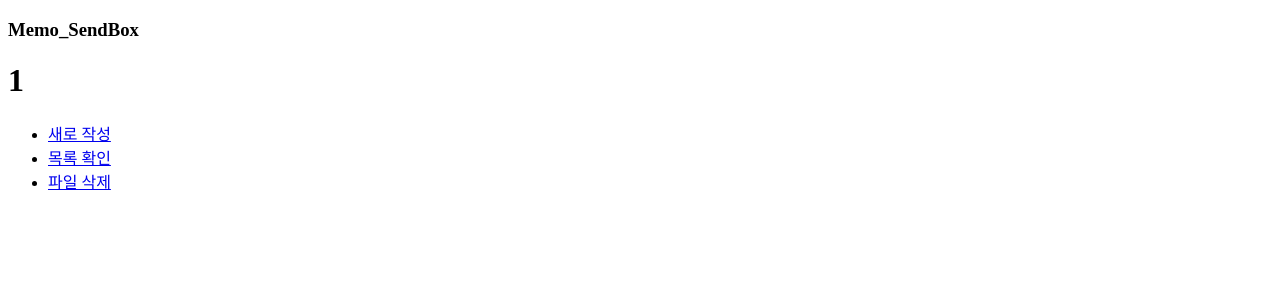
Repository: Rysdne/01_Java
Page: http://localhost/WildcatTest/
An editor plug-in stored every save of this project. The page is shown before and after the next save, followed by the edit.
The browser window is 1280 px wide. The pictures show the whole page.
The page is served by Tomcat 9. The session is filled in as if someone had signed in: {"id": 1}. Queries for data that is not in the repository find no rows.

Above is the page before, as saved 2022-07-14 07:15:07.

### WildcatTest/src/main/webapp/index.jsp
<%@ page language="java" contentType="text/html; charset=UTF-8"
	pageEncoding="UTF-8"%>
<%@ page import="java.sql.*"%>
<!DOCTYPE html>
<html>
<head>
<meta charset="UTF-8">
<title>Insert title here</title>
</head>
<body>
	<%
	if (session.getAttribute("id") != null) {

		Class.forName("oracle.jdbc.driver.OracleDriver");
		Connection conn = DriverManager.getConnection("jdbc:oracle:thin:@localhost:1521:xe", "rysdne", "3882");
		PreparedStatement pstmt;

		String sql = "select table_name from all_tables where table_name='WILDCATTEST'";
		pstmt = conn.prepareStatement(sql);
		ResultSet ex = pstmt.executeQuery();
		if (!ex.next()) {
			sql = "create table WildcatTest(idx number(14) primary key, id varchar2(50) not null, title varchar2(100) unique not null, cdate varchar2(10) not null, ctime varchar2(8) not null)";
			pstmt = conn.prepareStatement(sql);
			ResultSet rs = pstmt.executeQuery();

			System.out.println("WildcatTest 생성");
		} else {
		}

		pstmt.close();
		conn.close();
	%>
	<h3>Memo_SendBox</h3>
	<h1><%=session.getAttribute("id") %></h1>
	<ul>
		<li><a href="/WildcatTest/io/create.jsp">새로 작성</a></li>
		<li><a href="/WildcatTest/list/listAll.jsp">목록 확인</a></li>
		<li><a href="/WildcatTest/io/delete.jsp">파일 삭제</a></li>
	</ul>
	<%
	} else {
	response.sendRedirect("login/login.jsp");
	}
	%>
</body>
</html>

After the next save:
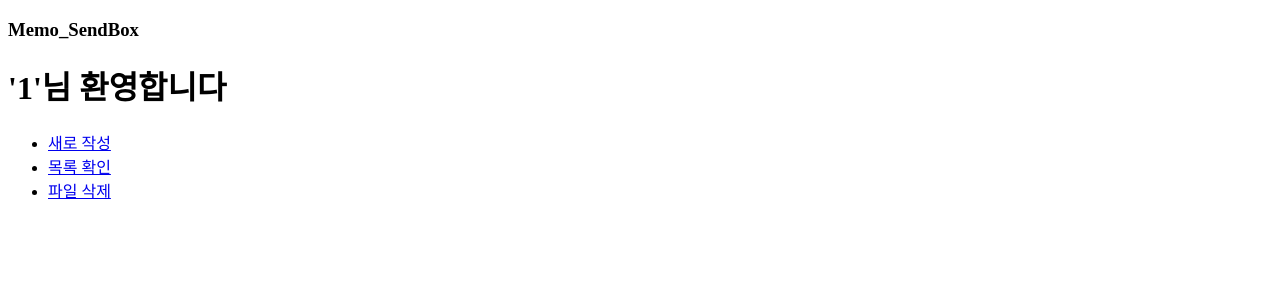
Saved 12 s later.
--- a/WildcatTest/src/main/webapp/index.jsp
+++ b/WildcatTest/src/main/webapp/index.jsp
@@ -31,7 +31,7 @@
 		conn.close();
 	%>
 	<h3>Memo_SendBox</h3>
-	<h1><%=session.getAttribute("id") %></h1>
+	<h1>'<%=session.getAttribute("id")%>'님 환영합니다</h1>
 	<ul>
 		<li><a href="/WildcatTest/io/create.jsp">새로 작성</a></li>
 		<li><a href="/WildcatTest/list/listAll.jsp">목록 확인</a></li>
